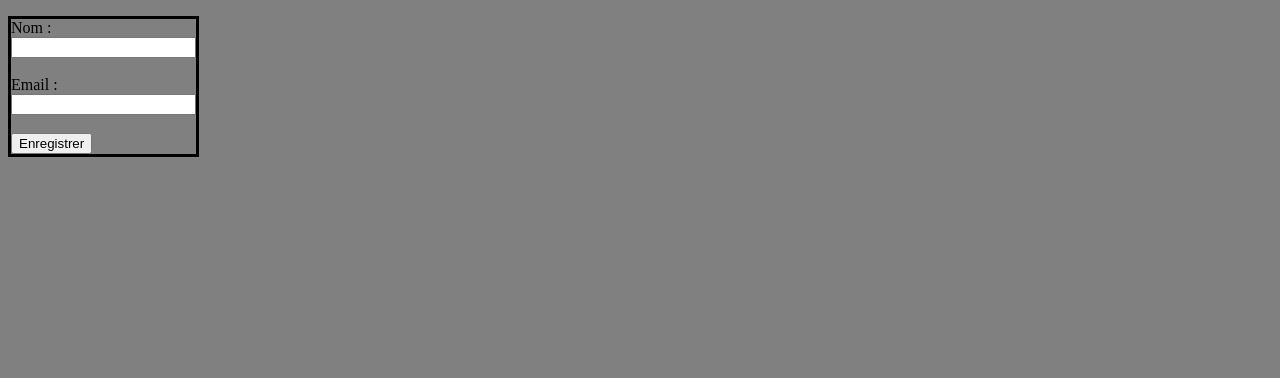
Repository: Haidara-97/TPJEE
Page: http://localhost/AppTest/
An editor plug-in stored every save of this project. The page is shown before and after the next save, followed by the edit.
The browser window is 1280 px wide. The pictures show the whole page.
The page is served by Tomcat 9.

Above is the page before, as saved 2025-06-18 14:02:19.

After the next save:
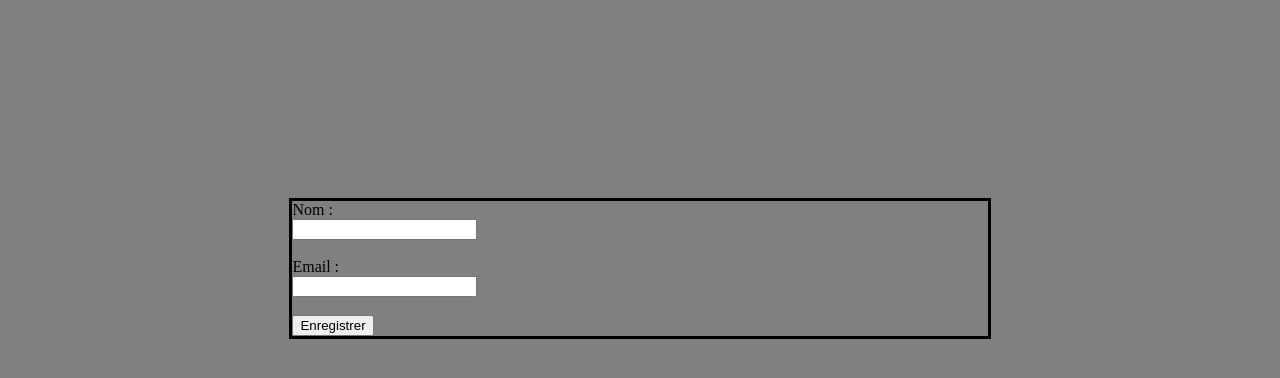
Saved 46 s later.
--- a/AppTest/src/main/webapp/index.jsp
+++ b/AppTest/src/main/webapp/index.jsp
@@ -10,12 +10,12 @@ body{
 display: flex;
 background-color: gray;
 align-items: center;
-width:55px;
 }
 .forme{
 margin :auto;
 margin-top:15%;
 border: solid;
+width:55%;
 }
 </style>
 </head>
